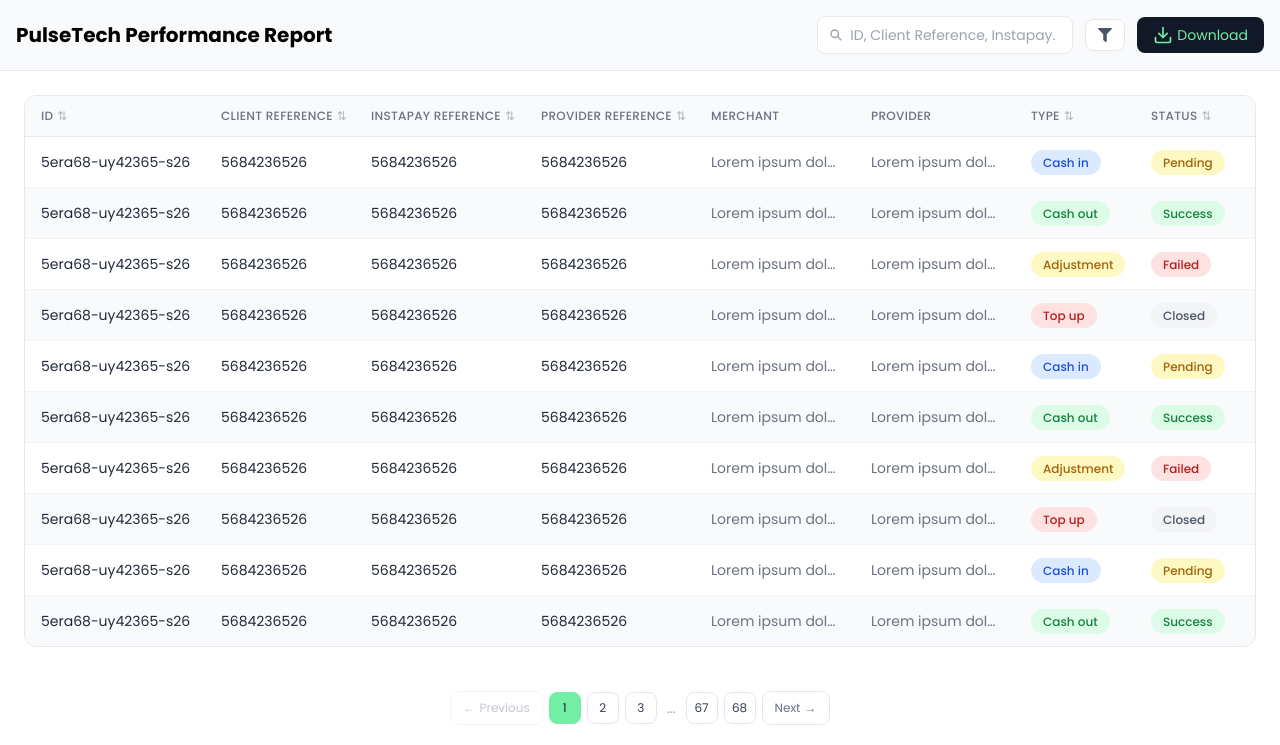
Repository: ShyrineJardin/pulse_admin
Page: /dashboard
The author's editor kept a copy of each file at every save. The page is drawn from the files as they stood at one save, then again after the next save.
The browser window is 1280 px wide. The pictures show the whole page.
The project was rebuilt for these pictures with package versions that can differ from the ones it lists, and the page was loaded fresh each time. Also part of the build but not shown: src/components/Login.jsx.

Above is the page before, as saved 2026-03-26 16:01:43.

### src/index.css
@import url('https://fonts.googleapis.com/css2?family=Inter:ital,opsz,wght@0,14..32,100..900;1,14..32,100..900&family=Poppins:ital,wght@0,100;0,200;0,300;0,400;0,500;0,600;0,700;0,800;0,900;1,100;1,200;1,300;1,400;1,500;1,600;1,700;1,800;1,900&display=swap');

@tailwind base;
@tailwind components;
@tailwind utilities;

*{
    margin: 0;
    padding: 0;
    box-sizing: border-box;
}

body {
    font-family: poppins, sans-serif;
}

### src/App.js
import { BrowserRouter, Routes, Route } from "react-router-dom";
import Login from "./components/Login";
import Dashboard from "./components/Dashboard";

function App() {
  return (
    <BrowserRouter>
      <Routes>
        <Route path="/" element={<Login />} />
        <Route path="/dashboard" element={<Dashboard />} />
      </Routes>
    </BrowserRouter>
  );
}

export default App;

### src/components/Dashboard.jsx
import { useState, useMemo, useRef, useEffect } from "react";
import { IoSearchSharp, IoClose } from "react-icons/io5";
import { FiDownload } from "react-icons/fi";
import { FaFilter } from "react-icons/fa";
import { RiSparkling2Fill } from "react-icons/ri";
import { LuCalendar } from "react-icons/lu";
import { TbReload } from "react-icons/tb";
import { BsThreeDotsVertical } from "react-icons/bs";

const TYPES = ["Cash in", "Cash out", "Adjustment", "Top up"];
const STATUSES = ["Pending", "Success", "Failed", "Closed"];

const TYPE_STYLES = {
  "Cash in":    "bg-blue-100 text-blue-700",
  "Cash out":   "bg-green-100 text-green-700",
  "Adjustment": "bg-yellow-100 text-yellow-700",
  "Top up":     "bg-red-100 text-red-700",
};

const STATUS_STYLES = {
  "Pending": "bg-yellow-100 text-yellow-700",
  "Success": "bg-green-100 text-green-700",
  "Failed":  "bg-red-100 text-red-700",
  "Closed":  "bg-gray-100 text-gray-600",
};

const generateData = (count = 680) =>
  Array.from({ length: count }, (_, i) => ({
    id: "5era68-uy42365-s26",
    clientRef: "5684236526",
    instapayRef: "5684236526",
    providerRef: "5684236526",
    merchant: "Lorem ipsum dolor sit amet",
    provider: "Lorem ipsum dolor sit amet",
    type: TYPES[i % TYPES.length],
    status: STATUSES[i % STATUSES.length],
    amount: "₱ 790.00",
    fees: "₱ 10.00",
    error: "N/A",
    paidDate: "01/09/2026",
    createdDate: "01/09/2026",
  }));

const ALL_DATA = generateData();
const PER_PAGE = 10;

// ── Filter Modal ──────────────────────────────────────────────
function FilterModal({ onClose, onApply }) {
  const [startDate, setStartDate] = useState("02/18/2026");
  const [endDate, setEndDate] = useState("");
  const [merchant, setMerchant] = useState("All Merchant");
  const [provider, setProvider] = useState("All Provider");
  const [method, setMethod] = useState("");
  const [type, setType] = useState("");
  const [status, setStatus] = useState("");

  const handleReset = () => {
    setStartDate(""); setEndDate("");
    setMerchant("All Merchant"); setProvider("All Provider");
    setMethod(""); setType(""); setStatus("");
  };

  return (
    <div className="fixed inset-0 z-50 flex items-center justify-center bg-black/60" onClick={onClose}>
      <div className="bg-white rounded-2xl w-full max-w-md mx-4 shadow-2xl" onClick={(e) => e.stopPropagation()}>
        <div className="flex items-center justify-between px-6 py-4 bg-[#F9FAFC] rounded-t-2xl border-b border-gray-200">
          <div className="flex items-center gap-2">
            <RiSparkling2Fill className="text-yellow-400 text-lg" />
            <h2 className="text-lg font-bold text-gray-900">Filters</h2>
          </div>
          <button onClick={onClose} className="text-gray-400 hover:text-gray-700">
            <IoClose className="text-xl" />
          </button>
        </div>

        <div className="px-6 py-5 space-y-5">
          {/* Dates */}
          <div className="grid grid-cols-2 gap-4">
            {[
              { label: "Start Date", value: startDate, setter: setStartDate },
              { label: "End Date",   value: endDate,   setter: setEndDate   },
            ].map(({ label, value, setter }) => (
              <div key={label} className="relative mt-2">
                <label className="absolute -top-2.5 left-3 bg-white px-1 text-xs text-gray-400 z-10">{label}</label>
                <div className="flex items-center border border-gray-300 rounded-xl px-3 py-2.5 gap-2">
                  <input type="text" value={value} onChange={(e) => setter(e.target.value)} placeholder="MM/DD/YYYY"
                    className="text-sm text-gray-700 outline-none w-full bg-transparent placeholder:text-gray-300" />
                  <LuCalendar className="text-gray-500 text-base flex-shrink-0" />
                </div>
              </div>
            ))}
          </div>

          {/* Merchant & Provider */}
          <div className="grid grid-cols-2 gap-4">
            {[
              { label: "Merchant", value: merchant, setter: setMerchant, options: ["All Merchant","Merchant A","Merchant B"] },
              { label: "Provider", value: provider, setter: setProvider, options: ["All Provider","Provider A","Provider B"] },
            ].map(({ label, value, setter, options }) => (
              <div key={label}>
                <label className="block text-sm font-bold text-gray-800 mb-2">{label}</label>
                <div className="relative">
                  <select value={value} onChange={(e) => setter(e.target.value)}
                    className="w-full appearance-none border border-gray-300 rounded-xl px-3 py-2.5 text-sm text-gray-700 outline-none bg-white cursor-pointer pr-8">
                    {options.map((o) => <option key={o}>{o}</option>)}
                  </select>
                  <span className="pointer-events-none absolute right-3 top-1/2 -translate-y-1/2 text-gray-500 text-xs">▼</span>
                </div>
              </div>
            ))}
          </div>

          {/* Method & Type */}
          <div className="grid grid-cols-2 gap-4">
            {[
              { label: "Method", value: method, setter: setMethod, placeholder: "Select Merchant", options: ["Online","Offline"] },
              { label: "Type",   value: type,   setter: setType,   placeholder: "Select Type",     options: TYPES },
            ].map(({ label, value, setter, placeholder, options }) => (
              <div key={label}>
                <label className="block text-sm font-bold text-gray-800 mb-2">{label}</label>
                <div className="relative">
                  <select value={value} onChange={(e) => setter(e.target.value)}
                    className="w-full appearance-none border border-gray-300 rounded-xl px-3 py-2.5 text-sm text-gray-700 outline-none bg-white cursor-pointer pr-8">
                    <option value="">{placeholder}</option>
                    {options.map((o) => <option key={o}>{o}</option>)}
                  </select>
                  <span className="pointer-events-none absolute right-3 top-1/2 -translate-y-1/2 text-gray-500 text-xs">▼</span>
                </div>
              </div>
            ))}
          </div>

          {/* Status */}
          <div>
            <label className="block text-sm font-bold text-gray-800 mb-2">Status</label>
            <div className="relative flex items-center border border-gray-300 rounded-xl px-3 py-2.5 gap-2">
              <TbReload className="text-gray-500 text-base flex-shrink-0" />
              <select value={status} onChange={(e) => setStatus(e.target.value)}
                className="w-full appearance-none text-sm text-gray-700 outline-none bg-transparent cursor-pointer pr-6">
                <option value="">Select Status</option>
                {STATUSES.map((s) => <option key={s}>{s}</option>)}
              </select>
              <span className="pointer-events-none absolute right-3 top-1/2 -translate-y-1/2 text-gray-500 text-xs">▼</span>
            </div>
          </div>
        </div>

        <div className="flex items-center gap-3 px-6 py-4 border-t border-gray-200">
          <button onClick={handleReset}
            className="flex-1 py-3 rounded-xl border border-primary text-primary text-sm font-medium hover:bg-green-50 transition-colors">
            Reset
          </button>
          <button onClick={() => { onApply({}); onClose(); }}
            className="flex-1 py-3 rounded-xl bg-gray-900 text-primary text-sm font-medium hover:bg-gray-800 transition-colors">
            Apply
          </button>
        </div>
      </div>
    </div>
  );
}

// ── Mobile Row Card ───────────────────────────────────────────
function MobileCard({ row, i }) {
  const [expanded, setExpanded] = useState(false);
  const [menuOpen, setMenuOpen] = useState(false);
  const menuRef = useRef(null);

  useEffect(() => {
    const handler = (e) => { if (menuRef.current && !menuRef.current.contains(e.target)) setMenuOpen(false); };
    document.addEventListener("mousedown", handler);
    return () => document.removeEventListener("mousedown", handler);
  }, []);

  const rowBg = i % 2 === 0 ? "bg-white" : "bg-[#F9FAFC]";

  const Field = ({ label, children }) => (
    <div className={`flex items-center justify-between py-3 px-4 border-b border-gray-100 ${rowBg}`}>
      <span className="text-xs font-semibold text-gray-500 tracking-wide uppercase w-36 flex-shrink-0">{label}</span>
      <span className="text-sm text-gray-800 text-right">{children}</span>
    </div>
  );

  return (
    <div className={`rounded-2xl border-2 border border-border overflow-hidden mb-3`}>
      {/* Card Header */}
      <div className={`flex items-center justify-between px-4 py-3 ${rowBg} border-b border-gray-100`}>
        <div className="flex items-center gap-2">
          <span className="text-xs font-semibold text-gray-500 uppercase tracking-wide">ID</span>
          <span className="text-sm font-semibold text-gray-800">{row.id}</span>
        </div>
        <div className="relative" ref={menuRef}>
          <button onClick={() => setMenuOpen((v) => !v)} className="p-1 rounded-md hover:bg-gray-100">
            <BsThreeDotsVertical className="text-gray-500" />
          </button>
          {menuOpen && (
            <div className="absolute right-0 top-8 z-20 bg-white rounded-xl shadow-lg border border-gray-100 overflow-hidden w-44">
              <button className="w-full text-left px-4 py-2.5 text-sm text-gray-700 hover:bg-gray-50">Details</button>
              <button className="w-full text-left px-4 py-2.5 text-sm text-white bg-primary hover:bg-dark-primary">Resend Webhook</button>
            </div>
          )}
        </div>
      </div>

      {/* Always-visible fields */}
      <Field label="Client Reference">{row.clientRef}</Field>
      <Field label="Instapay Reference">{row.instapayRef}</Field>
      <Field label="Provider Reference">{row.providerRef}</Field>
      <Field label="Merchant"><span className="truncate max-w-[160px] block">{row.merchant}</span></Field>
      <Field label="Provider"><span className="truncate max-w-[160px] block">{row.provider}</span></Field>
      <Field label="Type">
        <span className={`px-3 py-1 rounded-full text-xs font-medium ${TYPE_STYLES[row.type]}`}>{row.type}</span>
      </Field>
      <Field label="Status">
        <span className={`px-3 py-1 rounded-full text-xs font-medium ${STATUS_STYLES[row.status]}`}>{row.status}</span>
      </Field>
      <Field label="Amount">{row.amount}</Field>

      {/* Expandable fields */}
      {expanded && (
        <>
          <Field label="Fees">{row.fees}</Field>
          <Field label="Error">{row.error}</Field>
          <Field label="Paid Date">{row.paidDate}</Field>
          <Field label="Created Date">{row.createdDate}</Field>
        </>
      )}

      {/* Show More / Less */}
      <button
        onClick={() => setExpanded((v) => !v)}
        className={`w-full py-3 text-sm font-bold text-gray-800 text-center border-t border-gray-200 ${rowBg} hover:bg-gray-100 transition-colors`}
      >
        {expanded ? "Show Less" : "Show More"}
      </button>
    </div>
  );
}

// ── Main Dashboard ────────────────────────────────────────────
export default function Dashboard() {
  const [search, setSearch] = useState("");
  const [currentPage, setCurrentPage] = useState(1);
  const [sortCol, setSortCol] = useState(null);
  const [sortAsc, setSortAsc] = useState(true);
  const [showFilter, setShowFilter] = useState(false);

  const filtered = useMemo(() => {
    const q = search.toLowerCase();
    return ALL_DATA.filter((r) =>
      r.id.toLowerCase().includes(q) ||
      r.clientRef.includes(q) ||
      r.instapayRef.includes(q) ||
      r.type.toLowerCase().includes(q) ||
      r.status.toLowerCase().includes(q)
    );
  }, [search]);

  const totalPages = Math.ceil(filtered.length / PER_PAGE);

  const pageData = useMemo(() => {
    const start = (currentPage - 1) * PER_PAGE;
    return filtered.slice(start, start + PER_PAGE);
  }, [filtered, currentPage]);

  const handleSearch = (e) => { setSearch(e.target.value); setCurrentPage(1); };
  const handleSort = (col) => {
    if (sortCol === col) setSortAsc((p) => !p);
    else { setSortCol(col); setSortAsc(true); }
  };
  const goPage = (p) => { if (p >= 1 && p <= totalPages) setCurrentPage(p); };

  const getPaginationPages = () => {
    const pages = new Set([1, 2, 3, totalPages - 1, totalPages, currentPage - 1, currentPage, currentPage + 1]);
    return [...pages].filter((p) => p >= 1 && p <= totalPages).sort((a, b) => a - b);
  };

  const SortIcon = ({ col }) => (
    <span className="ml-1 opacity-50 text-xs">{sortCol === col ? (sortAsc ? "▲" : "▼") : "⇅"}</span>
  );

  const columns = [
    { label: "ID",                 col: "id",          className: "w-[180px] min-w-[180px]" },
    { label: "CLIENT REFERENCE",   col: "clientRef",   className: "w-[150px] min-w-[150px]" },
    { label: "INSTAPAY REFERENCE", col: "instapayRef", className: "w-[170px] min-w-[170px]" },
    { label: "PROVIDER REFERENCE", col: "providerRef", className: "w-[170px] min-w-[170px]" },
    { label: "MERCHANT",           col: null,          className: "w-[160px] min-w-[160px]" },
    { label: "PROVIDER",           col: null,          className: "w-[160px] min-w-[160px]" },
    { label: "TYPE",               col: "type",        className: "w-[120px] min-w-[120px]" },
    { label: "STATUS",             col: "status",      className: "w-[110px] min-w-[110px]" },
    { label: "AMOUNT",             col: null,          className: "w-[100px] min-w-[100px]" },
    { label: "FEES",               col: null,          className: "w-[80px]  min-w-[80px]"  },
    { label: "ERROR",              col: null,          className: "w-[80px]  min-w-[80px]"  },
    { label: "PAID DATE",          col: null,          className: "w-[110px] min-w-[110px]" },
    { label: "CREATED DATE",       col: null,          className: "w-[120px] min-w-[120px]" },
    { label: "ACTIONS",            col: null,          className: "w-[220px] min-w-[180px]" },
  ];

  const Pagination = () => (
    <div className="flex items-center justify-center gap-1.5 py-5 flex-wrap">
      <button onClick={() => goPage(currentPage - 1)} disabled={currentPage === 1}
        className="flex items-center gap-1 px-3 py-2 text-xs border border-gray-200 rounded-lg text-gray-500 hover:bg-primary hover:text-btn-text disabled:opacity-40 disabled:cursor-not-allowed">
        ← <span className="hidden sm:inline">Previous</span>
      </button>

      {getPaginationPages().reduce((acc, page, idx, arr) => {
        if (idx > 0 && page - arr[idx - 1] > 1)
          acc.push(<span key={`e-${page}`} className="px-1 text-gray-400 text-sm">...</span>);
        acc.push(
          <button key={page} onClick={() => goPage(page)}
            className={`w-8 h-8 text-xs rounded-lg border ${currentPage === page ? "bg-primary text-btn-text border-primary" : "border-gray-200 text-gray-700 hover:bg-gray-50"}`}>
            {page}
          </button>
        );
        return acc;
      }, [])}

      <button onClick={() => goPage(currentPage + 1)} disabled={currentPage === totalPages}
        className="flex items-center gap-1 px-3 py-2 text-xs border border-gray-200 rounded-lg text-gray-500 hover:bg-primary hover:text-btn-text disabled:opacity-40 disabled:cursor-not-allowed">
        <span className="hidden sm:inline">Next</span> →
      </button>
    </div>
  );

  return (
    <div className="min-h-screen bg-white">
      {showFilter && <FilterModal onClose={() => setShowFilter(false)} onApply={(f) => console.log(f)} />}

        {/* Header */}
      <div className="flex items-start md:items-center flex-col md:flex-row justify-between mb-6 bg-[#F9FAFC] w-full p-4 border-b border-gray-200">
        <h1 className="text-lg lg:text-xl font-bold">PulseTech Performance Report</h1>
        <div className="flex items-center gap-1.5 lg:gap-3">
          <div className="relative">
            <IoSearchSharp className="absolute left-3 top-1/2 -translate-y-1/2 text-gray-400 text-sm" />
            <input
              type="text"
              value={search}
              onChange={handleSearch}
              placeholder="ID, Client Reference, Instapay..."
              className="pl-8 pr-4 py-2 text-sm border border-gray-200 rounded-lg w-64 outline-none focus:border-gray-400"
            />
          </div>
          <button
            onClick={() => setShowFilter(true)}
            className="flex items-center gap-2 px-3 py-2 text-sm bg-white border border-gray-200 rounded-lg text-gray-600 hover:scale-105 transition-transform"
          >
            <FaFilter className="w" />
          </button>
          <button className="flex items-center gap-1 px-4 py-2 text-sm bg-gray-900 text-primary rounded-lg hover:bg-gray-800">
            <FiDownload className="text-primary w-5 h-5" />
            <span className="hidden md:block">Download</span>
          </button>
        </div>
      </div>

      {/* ── Mobile Cards (hidden on md+) ── */}
      <div className="block md:hidden px-4 pt-4">
        {pageData.map((row, i) => <MobileCard key={i} row={row} i={i} />)}
        <Pagination />
      </div>

      {/* ── Desktop Table (hidden on mobile) ── */}
      <div className="hidden md:block">
        <div className="m-6 border border-gray-200 rounded-xl overflow-auto">
          <table className="w-full text-sm table-fixed">
            <thead>
              <tr className="bg-[#F9FAFC] border-b border-gray-200">
                {columns.map(({ label, col, className }) => (
                  <th key={label} onClick={() => col && handleSort(col)}
                    className={`px-4 py-3 text-left text-xs font-medium text-gray-500 tracking-wide whitespace-nowrap ${col ? "cursor-pointer hover:text-gray-800" : ""} ${className}`}>
                    {label}{col && <SortIcon col={col} />}
                  </th>
                ))}
              </tr>
            </thead>
            <tbody>
              {pageData.map((row, i) => (
                <tr key={i} className={`border-b border-gray-100 last:border-none ${i % 2 === 0 ? "bg-white" : "bg-[#F9FAFC]"}`}>
                  <td className="px-4 py-3 text-gray-800 whitespace-nowrap">{row.id}</td>
                  <td className="px-4 py-3 text-gray-800 whitespace-nowrap">{row.clientRef}</td>
                  <td className="px-4 py-3 text-gray-800 whitespace-nowrap">{row.instapayRef}</td>
                  <td className="px-4 py-3 text-gray-800 whitespace-nowrap">{row.providerRef}</td>
                  <td className="px-4 py-3 text-gray-500 truncate">{row.merchant}</td>
                  <td className="px-4 py-3 text-gray-500 truncate">{row.provider}</td>
                  <td className="px-4 py-3 whitespace-nowrap">
                    <span className={`px-3 py-1 rounded-full text-xs font-medium ${TYPE_STYLES[row.type]}`}>{row.type}</span>
                  </td>
                  <td className="px-4 py-3 whitespace-nowrap">
                    <span className={`px-3 py-1 rounded-full text-xs font-medium ${STATUS_STYLES[row.status]}`}>{row.status}</span>
                  </td>
                  <td className="px-4 py-3 text-gray-800 tabular-nums whitespace-nowrap">{row.amount}</td>
                  <td className="px-4 py-3 text-gray-800 tabular-nums whitespace-nowrap">{row.fees}</td>
                  <td className="px-4 py-3 text-gray-800 whitespace-nowrap">{row.error}</td>
                  <td className="px-4 py-3 text-gray-800 whitespace-nowrap">{row.paidDate}</td>
                  <td className="px-4 py-3 text-gray-800 whitespace-nowrap">{row.createdDate}</td>
                  <td className="px-4 py-3 whitespace-nowrap">
                    <div className="flex gap-2">
                      <button className="px-3 py-1 text-xs border border-gray-200 rounded-md hover:bg-gray-100">Details</button>
                      <button className="px-3 py-1 text-xs bg-primary text-btn-text rounded-md hover:bg-dark-primary">Resend Webhook</button>
                    </div>
                  </td>
                </tr>
              ))}
            </tbody>
          </table>
        </div>
        <Pagination />
      </div>
    </div>
  );
}

### tailwind.config.js
/** @type {import('tailwindcss').Config} */
module.exports = {
  content: [
    "./src/**/*.{js,jsx,ts,tsx}",
  ],
  theme: {
    extend: {
        colors: {
          'subtext': '#434245',
          'primary': '#75EEA5',
          'btn-text': '#112432',
          'dark-primary': '#007C5E',
          'border': 'A0A0A0',
        },
    }
  },
  plugins: [],
}

Loaded but not shown: public/index.html (common file); src/index.js (common file); src/reportWebVitals.js (common file)

After the next save:
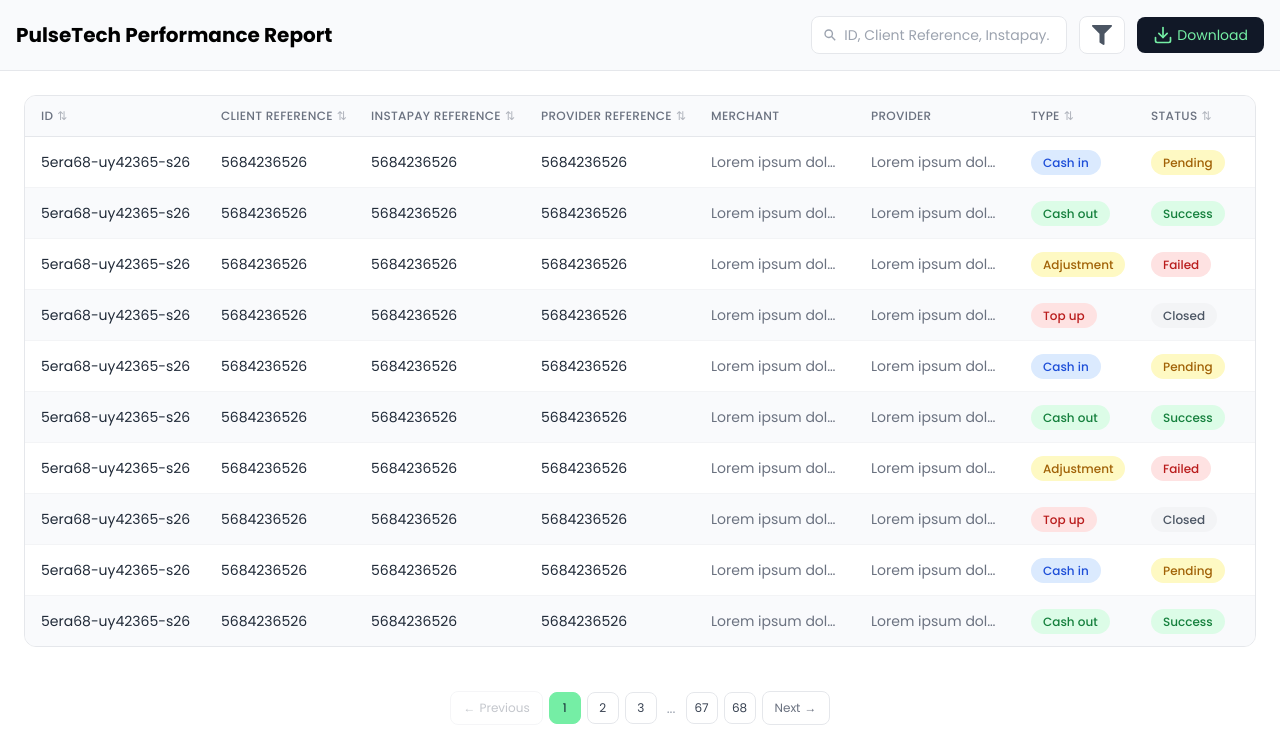
Saved 5 s later.
--- a/src/components/Dashboard.jsx
+++ b/src/components/Dashboard.jsx
@@ -344,7 +344,7 @@
             onClick={() => setShowFilter(true)}
             className="flex items-center gap-2 px-3 py-2 text-sm bg-white border border-gray-200 rounded-lg text-gray-600 hover:scale-105 transition-transform"
           >
-            <FaFilter className="w" />
+            <FaFilter className="w-5 h-5" />
           </button>
           <button className="flex items-center gap-1 px-4 py-2 text-sm bg-gray-900 text-primary rounded-lg hover:bg-gray-800">
             <FiDownload className="text-primary w-5 h-5" />
